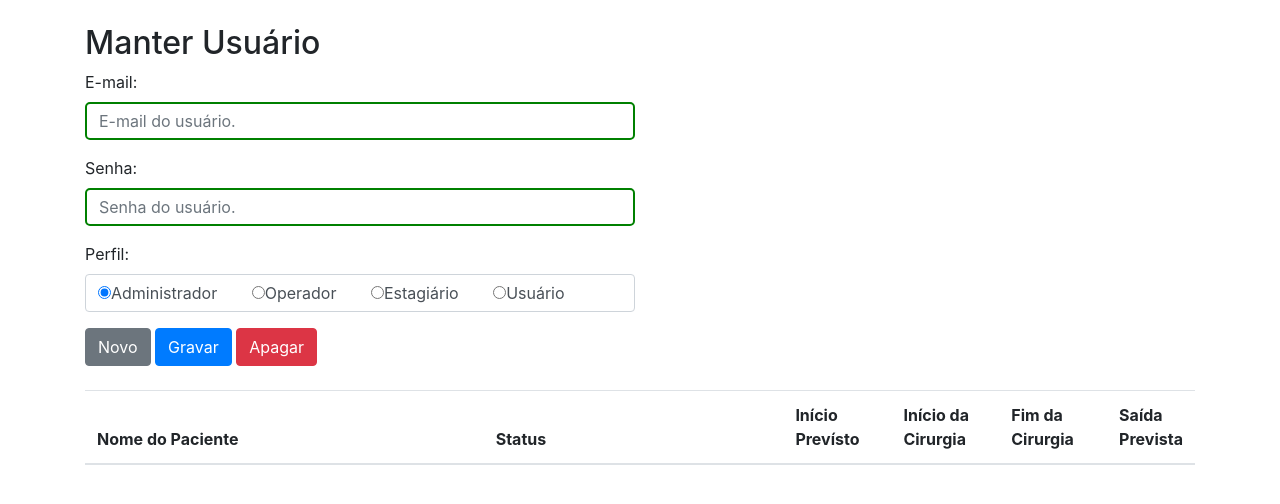
Repository: eduardo-r-jesus/Projeto_Centro_Cirurgico
Page: http://localhost/centro_cirurgico_web/formManterUsuario.jsp
The author's editor kept a copy of each file at every save. The page is drawn from the files as they stood at one save, then again after the next save.
The browser window is 1280 px wide. The pictures show the whole page.
The page is served by Tomcat 9.

Above is the page before, as saved 2021-09-07 00:57:14.

After the next save:
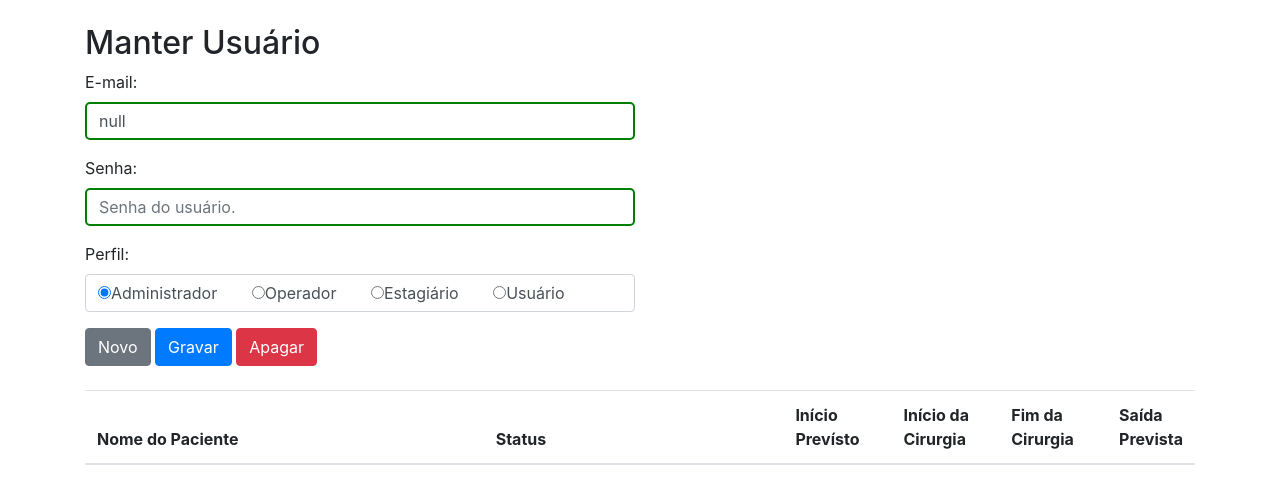
Saved 30 s later.
--- a/centro_cirurgico_web/src/main/webapp/formManterUsuario.jsp
+++ b/centro_cirurgico_web/src/main/webapp/formManterUsuario.jsp
@@ -39,7 +39,7 @@
 				<div class="form-group col-md-6">
 					<label for="email">E-mail:</label> <input type="email"
 						class="form-control" id="email" placeholder="E-mail do usuário."
-						name="email">
+						name="email" value="<%=u.getEmail()%>">
 				</div>
 			</div>
 			<div class="form-row">
